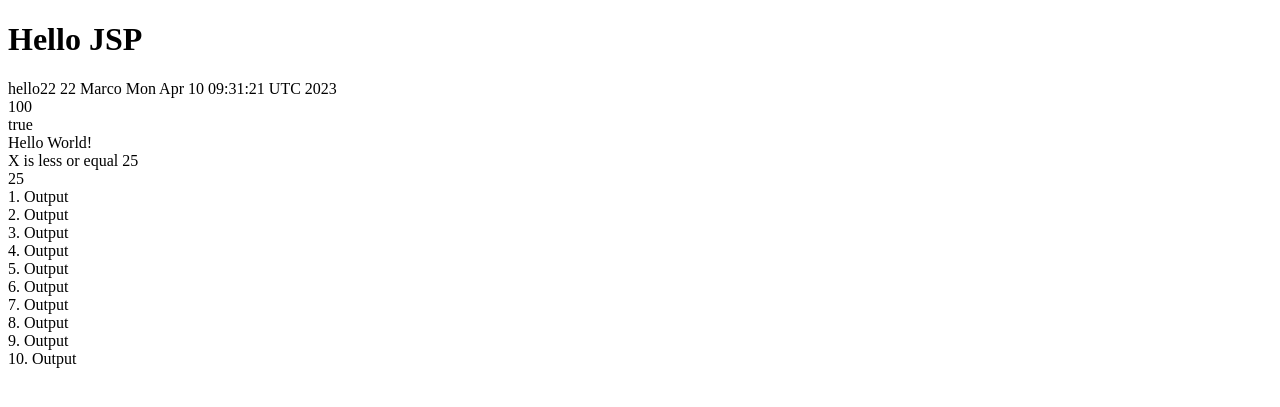
Repository: marcoscheuerer/Java_Enterprise
Page: http://localhost/S01L07_JSP_expression/HelloJSP.jsp
An editor plug-in stored every save of this project. The page is shown before and after the next save, followed by the edit.
The browser window is 1280 px wide. The pictures show the whole page.
The page is served by Tomcat 9.

Above is the page before, as saved 2023-04-10 10:26:15.

### S01L07_JSP_expression/src/main/webapp/HelloJSP.jsp
<%@ page language="java" contentType="text/html; charset=UTF-8"
    pageEncoding="UTF-8"%>
<!DOCTYPE html>
<html>
<head>
<meta charset="UTF-8">
<title>Hello JSP</title>
</head>
<body>
<h1>Hello JSP</h1>
<%! public int x = 22; %>
<%= "hello" + x %>
<%= new Integer(22) %>
<%= new String("Marco") %>
<%= new java.util.Date() %>
<br />
<%= 25 * 4 %>
<br />
<%= 25 > 4 %>
<br />
<% out.println("Hello World!"); %>
<br />
<%
int x = 25;

if (x > 25) {
	out.println("X is greater than 25");
} else {
	out.println("X is less or equal 25");
}
%>
<br />
<%= x %>
<br />
<%
for (int i = 0; i < 10; i++)
	out.print(i + 1 + ". Output<br/>");
%>

</body>
</html>

After the next save:
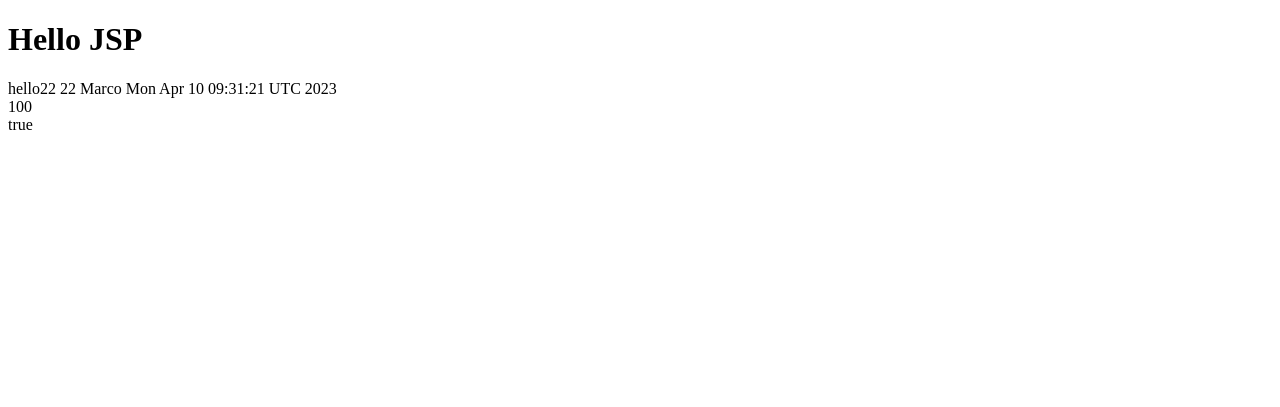
Saved 3 min 4 s later.
--- a/S01L07_JSP_expression/src/main/webapp/HelloJSP.jsp
+++ b/S01L07_JSP_expression/src/main/webapp/HelloJSP.jsp
@@ -8,6 +8,7 @@
 </head>
 <body>
 <h1>Hello JSP</h1>
+
 <%! public int x = 22; %>
 <%= "hello" + x %>
 <%= new Integer(22) %>
@@ -17,25 +18,6 @@
 <%= 25 * 4 %>
 <br />
 <%= 25 > 4 %>
-<br />
-<% out.println("Hello World!"); %>
-<br />
-<%
-int x = 25;
-
-if (x > 25) {
-	out.println("X is greater than 25");
-} else {
-	out.println("X is less or equal 25");
-}
-%>
-<br />
-<%= x %>
-<br />
-<%
-for (int i = 0; i < 10; i++)
-	out.print(i + 1 + ". Output<br/>");
-%>
 
 </body>
 </html>
